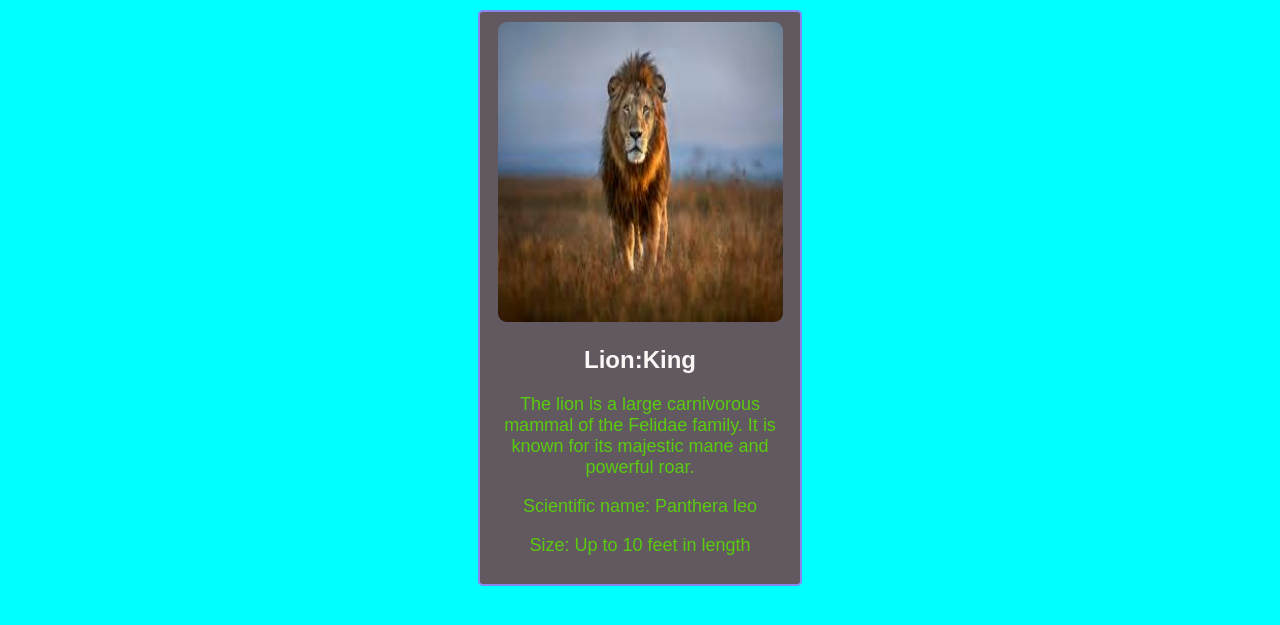
Repository: KingBoyMaylow/Animal-trading-card
Page: index.html
The author's editor kept a copy of each file at every save. The page is drawn from the files as they stood at one save, then again after a run of saves.
The browser window is 1280 px wide. The pictures show the whole page.

Above is the page before, as saved 2024-05-13 22:17:16.

After the next 3 saves:
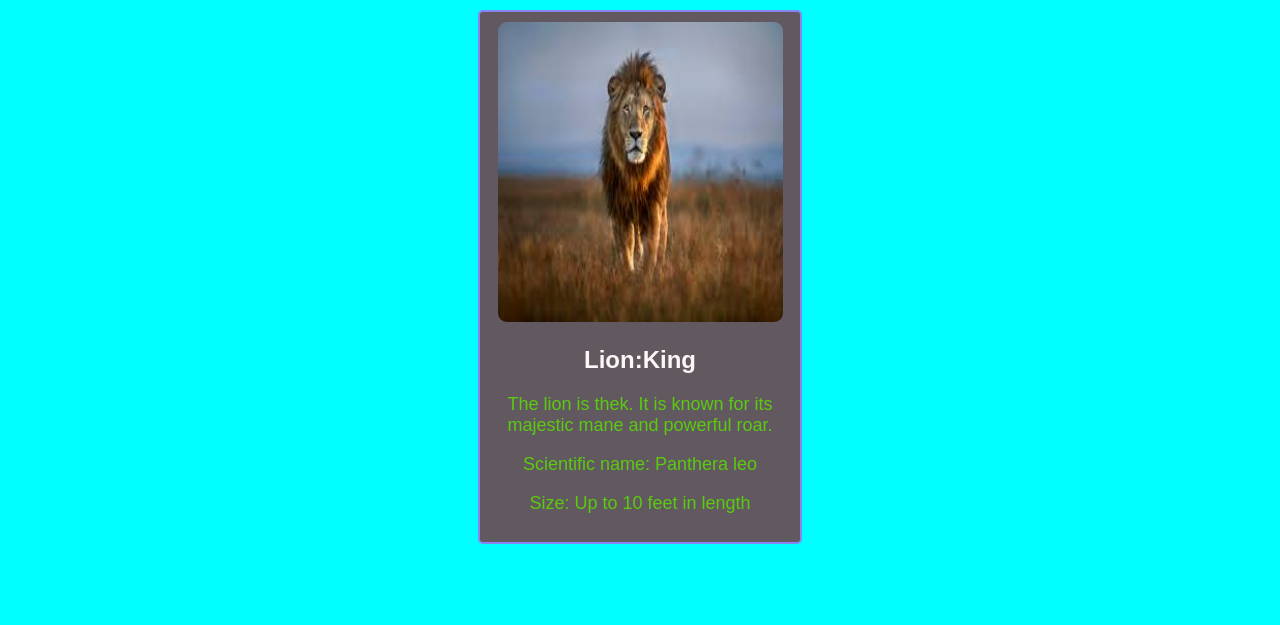
The 3 saves are shown as one change because they came seconds apart.
The last was saved 52 s later.
--- a/index.html
+++ b/index.html
@@ -38,7 +38,7 @@
     <div class="card">
         <img src="lion.jpeg" alt="Lion">
         <h2>Lion:King</h2>
-        <p>The lion is a large carnivorous mammal of the Felidae family. It is known for its majestic mane and powerful roar.</p>
+        <p>The lion is thek. It is known for its majestic mane and powerful roar.</p>
         <p>Scientific name: Panthera leo</p>
         <p>Size: Up to 10 feet in length</p>
 
